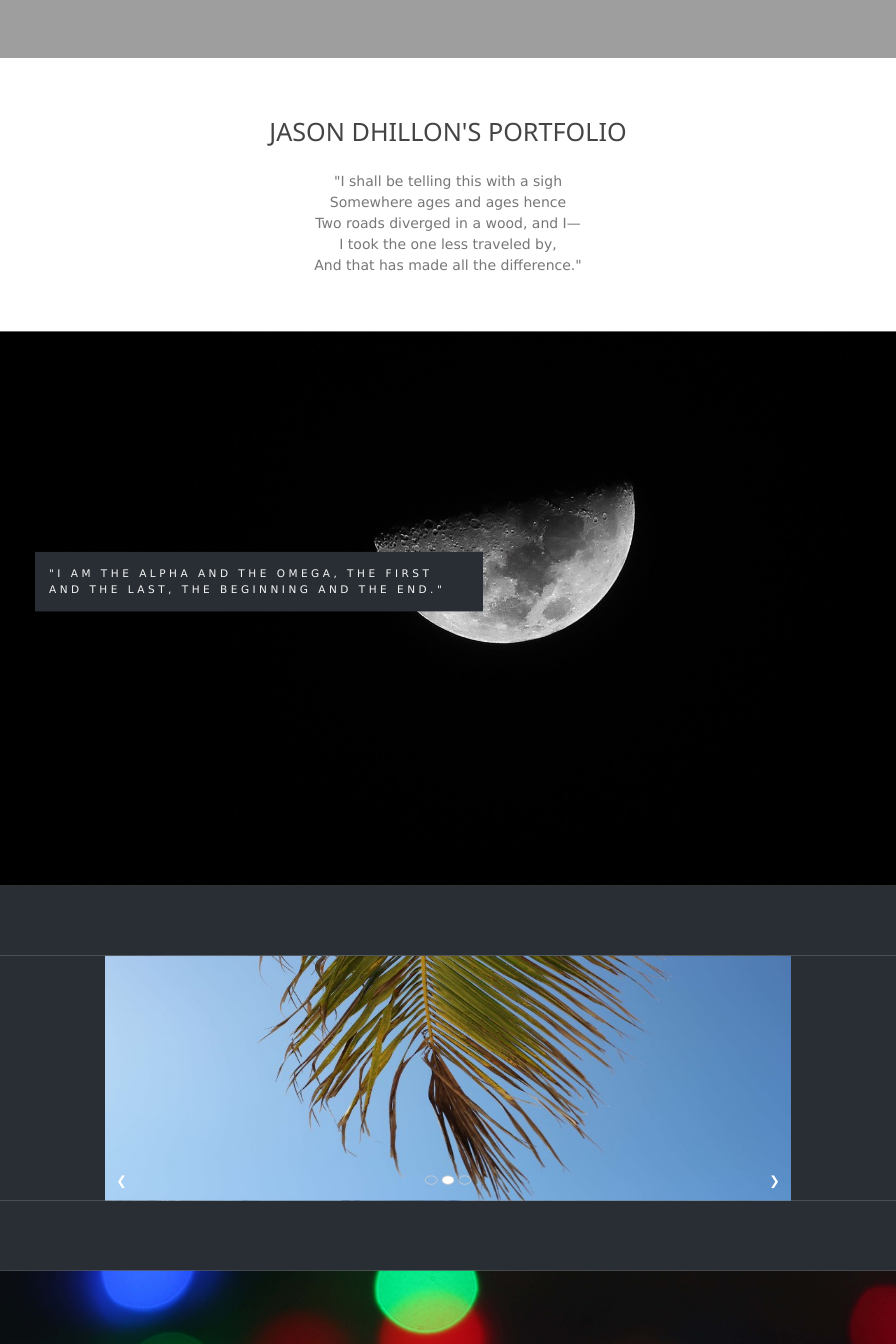
Repository: Jasondhillon/jasondhillon.github.io
Page: index.html
An editor plug-in stored every save of this project. The page is shown before and after the next save, followed by the edit.
The browser window is 1280 px wide. The pictures show the part of the page from y = 708 to 2628 px (the page is 3586 px tall before and 3676 px after), at 70% of full size.
Pictures or frames that could not be fetched are drawn as grey boxes. Backgrounds fixed to the window are drawn as part of the page.

Above is the page before, as saved 2020-04-07 17:14:49.

After the next save:
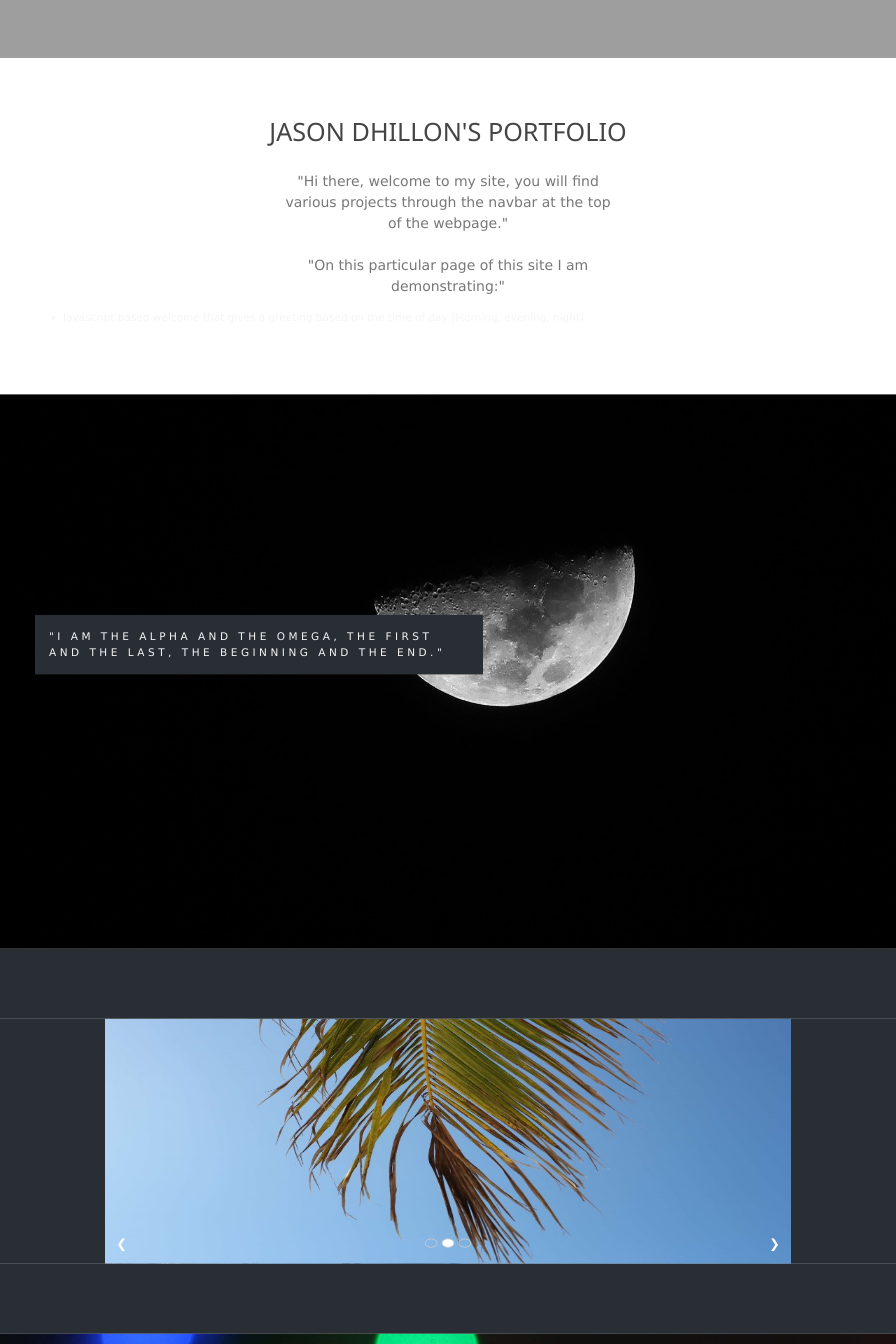
Saved 2 min 12 s later.
--- a/index.html
+++ b/index.html
@@ -201,11 +201,12 @@
   <div style="background-color: white; padding: 80px 50px; line-height: 30px;">
     <h1 style="text-align: center; color: #444; text-transform: uppercase;">Jason Dhillon's Portfolio </h1>
     <p id="quote" style="text-align: center; width:40%; white-space:pre-line; margin: 0 auto; font-size: 20px; color: #777">
-      "I shall be telling this with a sigh
-      Somewhere ages and ages hence
-      Two roads diverged in a wood, and I—
-      I took the one less traveled by,
-      And that has made all the difference."</p>
+      "Hi there, welcome to my site, you will find various projects through the navbar at the top of the webpage."</p>
+      <p id="quote" style="text-align: center; width:40%; white-space:pre-line; margin: 0 auto; font-size: 20px; color: #777">
+        "On this particular page of this site I am demonstrating:"
+      <ul>
+        <li> Javascript based welcome that gives a greeting based on the time of day (Morning, evening, night)</li>
+      </ul></p>
   </div>
 
 <!-- Parallax/Moon -->
